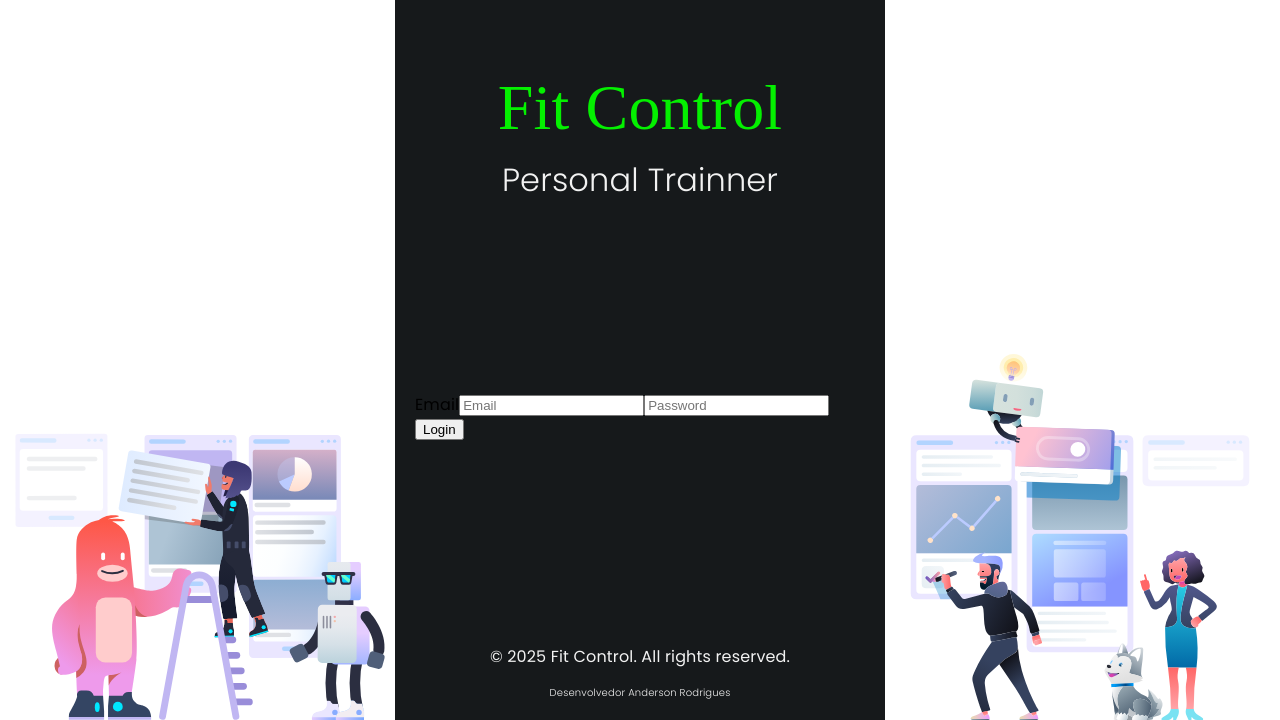
Repository: fit-control/frontend-fit-control
Page: /
These files come from the project's save history. The page is drawn as it stood at one moment and after the next save; the edit follows.
The browser window is 1280 px wide. The pictures show the whole page.
Some web fonts or font styles are not loaded; a fallback is used. The project was rebuilt for these pictures with package versions that can differ from the ones it lists, and the page was loaded fresh each time. The framework's server and built-in components were replaced by stand-ins that run in the browser. Also part of the build but not shown: next.config.js, vite.config.ts.

Above is the page before, as saved 2025-01-18 22:31:29.

### src/app/layout.tsx
/* eslint-disable @next/next/no-img-element */
import "./globals.css";
import Home from "./page";
export default function RootLayout({
  // children,
}: Readonly<{
  children: React.ReactNode;
}>) {
  return (
    <html lang="en">
      <body>
          <Home />
      </body>
    </html>
  );
}

### src/app/page.tsx
import ContainerCenterLogin from "./components/containerCenterLogin";

export default function Home() {
  return (
    <div className="items-center justify-items-center min-h-screen flex">
      <ContainerCenterLogin />
    </div>
  );
}

### src/app/globals.css
@import url('https://fonts.googleapis.com/css2?family=Alike+Angular&family=Platypi:ital,wght@0,300..800;1,300..800&family=Poppins:ital,wght@0,100;0,200;0,300;0,400;0,500;0,600;0,700;0,800;0,900;1,100;1,200;1,300;1,400;1,500;1,600;1,700;1,800;1,900&display=swap');
@import url('https://fonts.googleapis.com/css2?family=Aguafina+Script&family=Alike+Angular&family=Platypi:ital,wght@0,300..800;1,300..800&family=Poppins:ital,wght@0,100;0,200;0,300;0,400;0,500;0,600;0,700;0,800;0,900;1,100;1,200;1,300;1,400;1,500;1,600;1,700;1,800;1,900&display=swap');
/* @tailwind base;
@tailwind components;
@tailwind utilities; */

/* :root {
  --background: #ffffff;
  --foreground: #171717;
}

@media (prefers-color-scheme: light) {
  :root {
    --background: #0a0a0a;
    --foreground: #ededed;
  }
} */

body {
  padding: 0;
  margin: 0;
  font-family: Poppins, sans-serif;
  font-size: 16px;
  line-height: 1.5;
  font-weight: 400;
  letter-spacing: 0.01em;
  display: flex;
  justify-content: center;
  align-items: center;

  .iconPageLeft {
    position: absolute;
    left: 0;
    bottom: 0;
    max-width: 400px;
    max-height: 400px;

    @media (max-width: 1263px) {
      max-width: 300px;
      max-height: 300px;
    }
    @media (max-width: 1080px) {
      max-width: 200px;
      max-height: 200px;
    }
    @media (max-width: 900px) {
      display: none;
    }
  }
  .iconPageRight {
    position: absolute;
    right: 0;
    bottom: 0;
    max-width: 400px;
    max-height: 400px;

    @media (max-width: 1263px) {
      max-width: 300px;
      max-height: 300px;
    }

    @media (max-width: 1080px) {
      max-width: 200px;
      max-height: 200px;
    }
    @media (max-width: 900px) {
      display: none;
    }
  }

  .containerLogin {
    max-width: calc(100vw - 1000px);
    min-width: 450px;
    min-height: calc(100vh - 40px);
    display: flex;
    flex-direction: column;
    justify-content: space-between;
    padding: 20px;
    align-items: center;
    background-color: #16191B;

    .divTitle {
      margin-top: 40px;
      display: flex;
      flex-direction: column;
      align-items: center;
      justify-content: center;

      h1 {
        margin: 0;
        color: #04F000;
        font-family: 'Aguafina Script', cursive;
        font-size: 4rem;
        font-weight: 400;
      }
      h3 {
        margin: 0;
        color: #F2F2F2;
        font-family: 'Poppins', sans-serif;
        font-size: 2rem;
        font-weight: 300;
      }
    }
    p {
      color: #F2F2F2;
    }
    footer {
      display: flex;
      flex-direction: column;
      align-items: center;
      justify-content: center;

      .assignDeveloper {
        margin: 0%;
        color: #F2F2F2;
        font-size: 10px;
        font-weight: 300;
      }
    }

    @media (max-width: 900px) {
      max-width: 100vw;
    }
  }
}

### src/app/components/containerCenterLogin.tsx
/* eslint-disable @next/next/no-img-element */
const ContainerCenterLogin = () => {
  return (
    <div><img src="/trello-right.e6e102c7 (1).svg" alt="iconPageLeft" className="iconPageLeft" />
        <main className="containerLogin">
        <div className="divTitle">
          <h1 className="title">Fit Control</h1>
          <h3 className="subtitle">Personal Trainner</h3>
        </div>
        <div className="centerCard">
          <label htmlFor="email">Email</label>
          <input type="text" placeholder="Email" />
          <input type="password" placeholder="Password" />
          <button>Login</button>
        </div>
        <footer className="">
          <p className="">
            &copy; {new Date().getFullYear()} Fit Control. All rights reserved.
          </p>
          <p className="assignDeveloper">Desenvolvedor Anderson Rodrigues</p>
        </footer>
      </main>
      <img src="/trello-left.4f52d13c (1).svg" alt="iconPageRight" className="iconPageRight" />
    </div>
  );
};

export default ContainerCenterLogin;

Loaded but not shown: tailwind.config.js (common file)

After the next save:
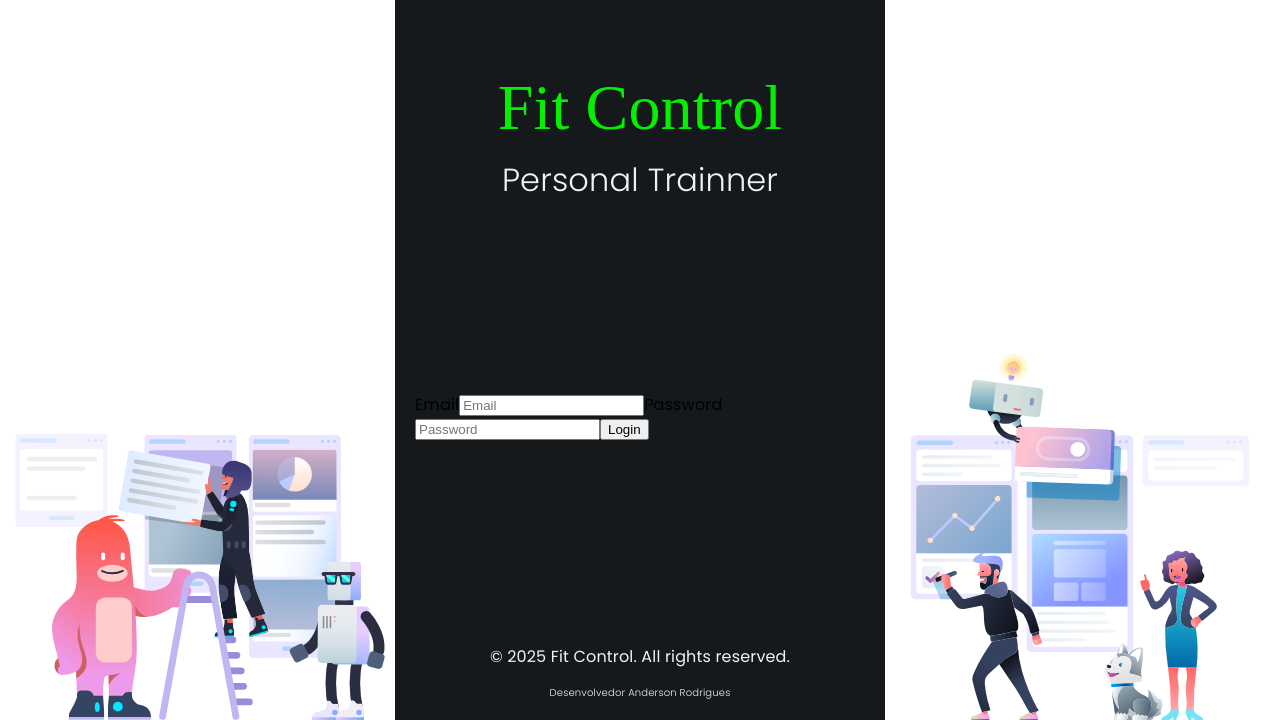
Saved 4 s later.
--- a/src/app/components/containerCenterLogin.tsx
+++ b/src/app/components/containerCenterLogin.tsx
@@ -10,6 +10,7 @@
         <div className="centerCard">
           <label htmlFor="email">Email</label>
           <input type="text" placeholder="Email" />
+          <label htmlFor="password">Password</label>
           <input type="password" placeholder="Password" />
           <button>Login</button>
         </div>
